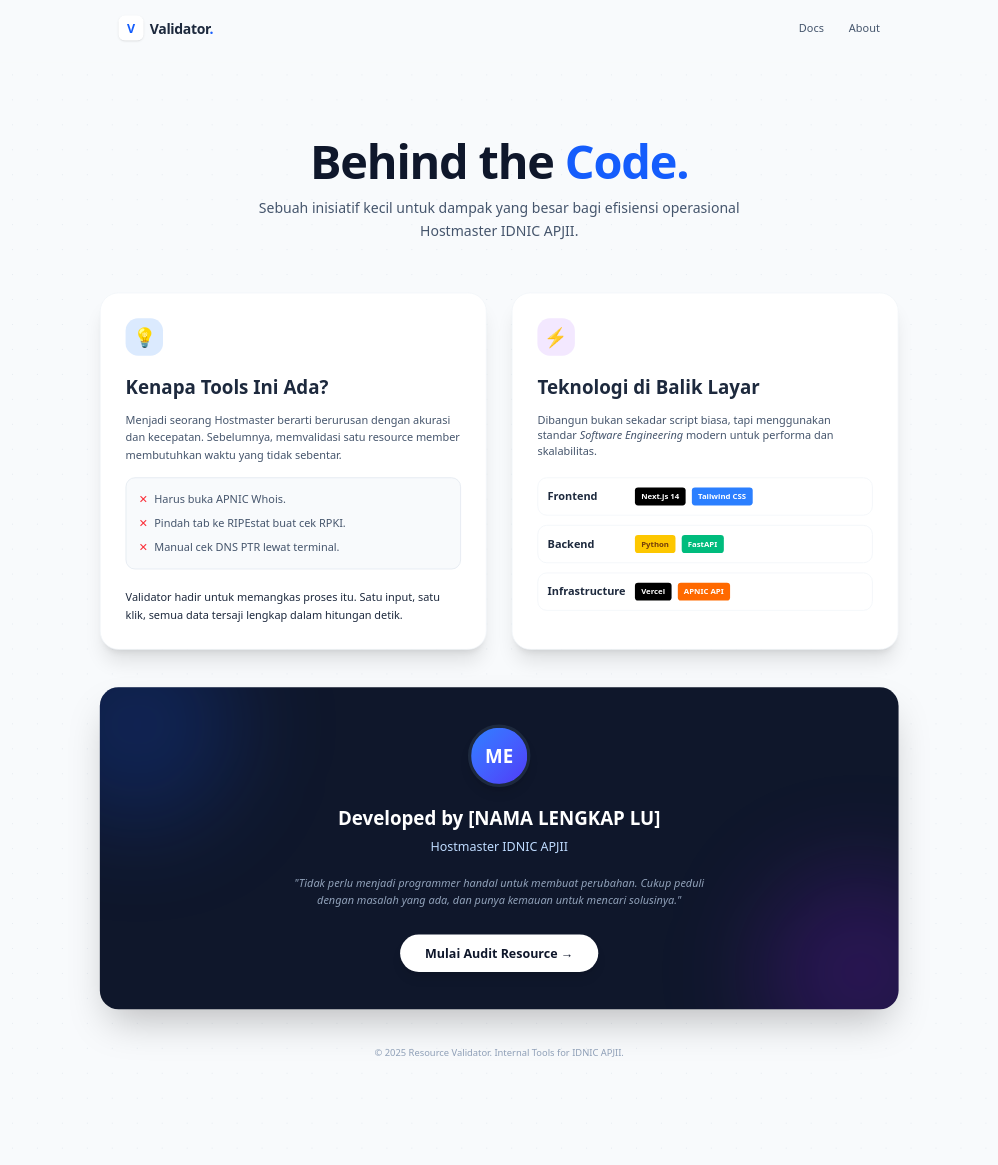
Repository: KilluaProject/resource_validator
Page: /about
The author's editor kept a copy of each file at every save. The page is drawn from the files as they stood at one save, then again after the next save.
The browser window is 1280 px wide. The pictures show the whole page, at 78% of full size.
The project was rebuilt for these pictures with package versions that can differ from the ones it lists, and the page was loaded fresh each time. The framework's server and built-in components were replaced by stand-ins that run in the browser. Also part of the build but not shown: next.config.ts.

Above is the page before, as saved 2026-01-08 17:09:11.

### app/layout.tsx
import type { Metadata } from "next";
import { Geist, Geist_Mono } from "next/font/google";
import "./globals.css";
import Navbar from "@/components/Navber";

const geistSans = Geist({
  variable: "--font-geist-sans",
  subsets: ["latin"],
});

const geistMono = Geist_Mono({
  variable: "--font-geist-mono",
  subsets: ["latin"],
});

export const metadata: Metadata = {
  title: "Resource Validator",
  description: "Whois, RPKI, & Reverse DNS dalam satu klik",
};

export default function RootLayout({
  children,
}: Readonly<{
  children: React.ReactNode;
}>) {
  return (
    <html lang="en">
      <body
        className={`${geistSans.variable} ${geistMono.variable} antialiased`}
      >
        <Navbar/>
        <div className="pt-20">
          {children}
        </div>

      </body>
    </html>
  );
}

### app/about/page.tsx
import Link from "next/link";

export default function AboutPage() {
  return (
    <main className="min-h-screen bg-slate-50 py-24 px-6 relative overflow-hidden">

      {/* Background Grid Pattern */}
      <div className="absolute inset-0 z-0 opacity-[0.4] pointer-events-none"
           style={{ backgroundImage: 'radial-gradient(#cbd5e1 1px, transparent 1px)', backgroundSize: '32px 32px' }}>
      </div>

      <div className="max-w-5xl mx-auto relative z-10">

        {/* === HEADER SECTION === */}
        <div className="text-center mb-16 space-y-4 animate-in slide-in-from-bottom-5 fade-in duration-700">
          <h1 className="text-4xl md:text-6xl font-extrabold text-slate-900 tracking-tight">
            Behind the <span className="text-blue-600">Code.</span>
          </h1>
          <p className="text-lg text-slate-600 max-w-2xl mx-auto leading-relaxed">
            Sebuah inisiatif kecil untuk dampak yang besar bagi efisiensi operasional Hostmaster IDNIC APJII.
          </p>
        </div>

        {/* === CONTENT GRID === */}
        <div className="grid grid-cols-1 md:grid-cols-2 gap-8 mb-12">

          {/* CARD 1: THE STORY (Why this tool exists?) */}
          <section className="bg-white p-8 rounded-3xl shadow-xl border border-slate-100 hover:border-blue-200 transition-all duration-300 group">
            <div className="w-12 h-12 bg-blue-100 text-blue-600 rounded-2xl flex items-center justify-center text-2xl mb-6 group-hover:scale-110 transition-transform">
              💡
            </div>
            <h2 className="text-2xl font-bold text-slate-800 mb-4">Kenapa Tools Ini Ada?</h2>
            <div className="space-y-4 text-slate-600 leading-relaxed text-sm">
              <p>
                Menjadi seorang Hostmaster berarti berurusan dengan akurasi dan kecepatan. Sebelumnya, memvalidasi satu resource member membutuhkan waktu yang tidak sebentar.
              </p>
              <ul className="space-y-2 bg-slate-50 p-4 rounded-xl border border-slate-200">
                <li className="flex items-center gap-2">
                  <span className="text-red-500">✕</span> Harus buka APNIC Whois.
                </li>
                <li className="flex items-center gap-2">
                  <span className="text-red-500">✕</span> Pindah tab ke RIPEstat buat cek RPKI.
                </li>
                <li className="flex items-center gap-2">
                  <span className="text-red-500">✕</span> Manual cek DNS PTR lewat terminal.
                </li>
              </ul>
              <p className="font-medium text-slate-800 pt-2">
                Validator hadir untuk memangkas proses itu. Satu input, satu klik, semua data tersaji lengkap dalam hitungan detik.
              </p>
            </div>
          </section>

          {/* CARD 2: THE TECH STACK (Modern Engineering) */}
          <section className="bg-white p-8 rounded-3xl shadow-xl border border-slate-100 hover:border-purple-200 transition-all duration-300 group">
            <div className="w-12 h-12 bg-purple-100 text-purple-600 rounded-2xl flex items-center justify-center text-2xl mb-6 group-hover:scale-110 transition-transform">
              ⚡
            </div>
            <h2 className="text-2xl font-bold text-slate-800 mb-4">Teknologi di Balik Layar</h2>
            <p className="text-slate-600 text-sm mb-6">
              Dibangun bukan sekadar script biasa, tapi menggunakan standar <i>Software Engineering</i> modern untuk performa dan skalabilitas.
            </p>

            <div className="grid grid-cols-1 gap-3">
              {/* Stack Item */}
              <div className="flex items-center gap-4 p-3 rounded-xl border border-slate-100 hover:bg-slate-50 transition-colors">
                 <div className="font-bold text-slate-800 text-sm w-24">Frontend</div>
                 <div className="flex gap-2">
                    <span className="px-2 py-1 bg-black text-white text-[10px] font-bold rounded">Next.js 14</span>
                    <span className="px-2 py-1 bg-blue-500 text-white text-[10px] font-bold rounded">Tailwind CSS</span>
                 </div>
              </div>
              <div className="flex items-center gap-4 p-3 rounded-xl border border-slate-100 hover:bg-slate-50 transition-colors">
                 <div className="font-bold text-slate-800 text-sm w-24">Backend</div>
                 <div className="flex gap-2">
                    <span className="px-2 py-1 bg-yellow-400 text-yellow-900 text-[10px] font-bold rounded">Python</span>
                    <span className="px-2 py-1 bg-emerald-500 text-white text-[10px] font-bold rounded">FastAPI</span>
                 </div>
              </div>
              <div className="flex items-center gap-4 p-3 rounded-xl border border-slate-100 hover:bg-slate-50 transition-colors">
                 <div className="font-bold text-slate-800 text-sm w-24">Infrastructure</div>
                 <div className="flex gap-2">
                    <span className="px-2 py-1 bg-black text-white text-[10px] font-bold rounded">Vercel</span>
                    <span className="px-2 py-1 bg-orange-500 text-white text-[10px] font-bold rounded">APNIC API</span>
                 </div>
              </div>
            </div>
          </section>

        </div>

        {/* === CREATOR SECTION (Developer Signature) === */}
        <section className="relative overflow-hidden bg-slate-900 rounded-3xl p-8 md:p-12 text-center shadow-2xl animate-in zoom-in-95 duration-700 delay-200">

           {/* Decorative Blobs */}
           <div className="absolute top-0 left-0 w-64 h-64 bg-blue-600/20 rounded-full blur-3xl -ml-20 -mt-20"></div>
           <div className="absolute bottom-0 right-0 w-64 h-64 bg-purple-600/20 rounded-full blur-3xl -mr-20 -mb-20"></div>

           <div className="relative z-10 flex flex-col items-center">
              <div className="w-20 h-20 bg-gradient-to-br from-blue-500 to-indigo-600 rounded-full flex items-center justify-center text-2xl font-bold text-white shadow-lg mb-6 border-4 border-slate-800">
                 ME {/* Ganti Inisial Lu disini, misal "ME" */}
              </div>

              <h3 className="text-2xl font-bold text-white mb-2">
                Developed by [NAMA LENGKAP LU]
              </h3>
              <p className="text-blue-200 font-medium mb-6">
                Hostmaster IDNIC APJII
              </p>

              <blockquote className="max-w-xl mx-auto text-slate-400 text-sm italic leading-relaxed mb-8">
                &quot;Tidak perlu menjadi programmer handal untuk membuat perubahan. Cukup peduli dengan masalah yang ada, dan punya kemauan untuk mencari solusinya.&quot;
              </blockquote>

              <Link href="/" className="px-8 py-3 bg-white text-slate-900 font-bold rounded-full hover:bg-blue-50 transition-colors shadow-lg hover:shadow-xl hover:-translate-y-0.5">
                Mulai Audit Resource &rarr;
              </Link>
           </div>
        </section>

        <div className="mt-12 text-center pb-10">
           <p className="text-xs text-slate-400">
             &copy; 2025 Resource Validator. Internal Tools for IDNIC APJII.
           </p>
        </div>

      </div>
    </main>
  );
}

### app/globals.css
@import "tailwindcss";

:root {
  --foreground-rgb: 15, 23, 42; /* Slate-900 */
  --background-start-rgb: 248, 250, 252; /* Slate-50 */
  --background-end-rgb: 248, 250, 252; /* Slate-50 */
}

body {
  color: rgb(var(--foreground-rgb));
  background: rgb(var(--background-start-rgb));
}

### components/Navber.tsx
"use client";

import { useState, useEffect } from "react";
import Link from "next/link";

export default function Navbar() {
  const [scrolled, setScrolled] = useState(false);
  const [isOpen, setIsOpen] = useState(false); // State buat Mobile Menu

  // Deteksi Scroll
  useEffect(() => {
    const handleScroll = () => {
      setScrolled(window.scrollY > 10);
    };
    window.addEventListener("scroll", handleScroll);
    return () => window.removeEventListener("scroll", handleScroll);
  }, []);

  return (
    <nav
      className={`fixed top-0 w-full z-50 transition-all duration-300 ease-in-out ${
        scrolled || isOpen // Kalau discroll ATAU menu dibuka, background jadi putih
          ? "bg-white/80 backdrop-blur-md border-b border-slate-200 shadow-sm py-3"
          : "bg-transparent border-b border-transparent py-5"
      }`}
    >
      <div className="max-w-5xl mx-auto px-6 flex items-center justify-between">

        {/* LOGO */}
        <Link href="/" className="flex items-center gap-2 group z-50">
          <div className={`w-8 h-8 rounded-lg flex items-center justify-center font-bold shadow-md transition-all ${
             scrolled || isOpen
              ? "bg-gradient-to-br from-blue-600 to-indigo-600 text-white"
              : "bg-white text-blue-600 shadow-sm"
          }`}>
            V
          </div>
          <span className={`font-bold tracking-tight text-lg transition-colors ${
            scrolled || isOpen ? "text-slate-800" : "text-slate-800"
          }`}>
            Validator<span className="text-blue-600">.</span>
          </span>
        </Link>

        {/* === DESKTOP MENU (Hidden di Mobile) === */}
        <div className="hidden md:flex gap-8">
          <Link href="/docs" className="text-sm font-medium text-slate-600 hover:text-blue-600 transition-colors">
            Docs
          </Link>
          <Link href="/about" className="text-sm font-medium text-slate-600 hover:text-blue-600 transition-colors">
            About
          </Link>
        </div>

        {/* === MOBILE HAMBURGER BUTTON (Visible di Mobile) === */}
        <button
          className="md:hidden p-2 text-slate-600 hover:bg-slate-100 rounded-lg transition-colors focus:outline-none"
          onClick={() => setIsOpen(!isOpen)}
        >
          {isOpen ? (
            // Icon X (Close)
            <svg xmlns="http://www.w3.org/2000/svg" className="h-6 w-6" fill="none" viewBox="0 0 24 24" stroke="currentColor">
              <path strokeLinecap="round" strokeLinejoin="round" strokeWidth={2} d="M6 18L18 6M6 6l12 12" />
            </svg>
          ) : (
            // Icon Hamburger (Menu)
            <svg xmlns="http://www.w3.org/2000/svg" className="h-6 w-6" fill="none" viewBox="0 0 24 24" stroke="currentColor">
              <path strokeLinecap="round" strokeLinejoin="round" strokeWidth={2} d="M4 6h16M4 12h16M4 18h16" />
            </svg>
          )}
        </button>

      </div>

      {/* === MOBILE MENU DROPDOWN === */}
      {/* Muncul cuma kalau isOpen = true */}
      {isOpen && (
        <div className="md:hidden absolute top-full left-0 w-full bg-white border-b border-slate-200 shadow-lg px-6 py-6 flex flex-col gap-4 animate-in slide-in-from-top-5 duration-200">

          <Link
            href="/docs"
            className="text-base font-semibold text-slate-700 hover:text-blue-600 py-2 border-b border-slate-50"
            onClick={() => setIsOpen(false)}
          >
            📚 Dokumentasi
          </Link>
          <Link
            href="/about"
            className="text-base font-semibold text-slate-700 hover:text-blue-600 py-2"
            onClick={() => setIsOpen(false)}
          >
            👤 About Project
          </Link>
        </div>
      )}

    </nav>
  );
}

After the next save:
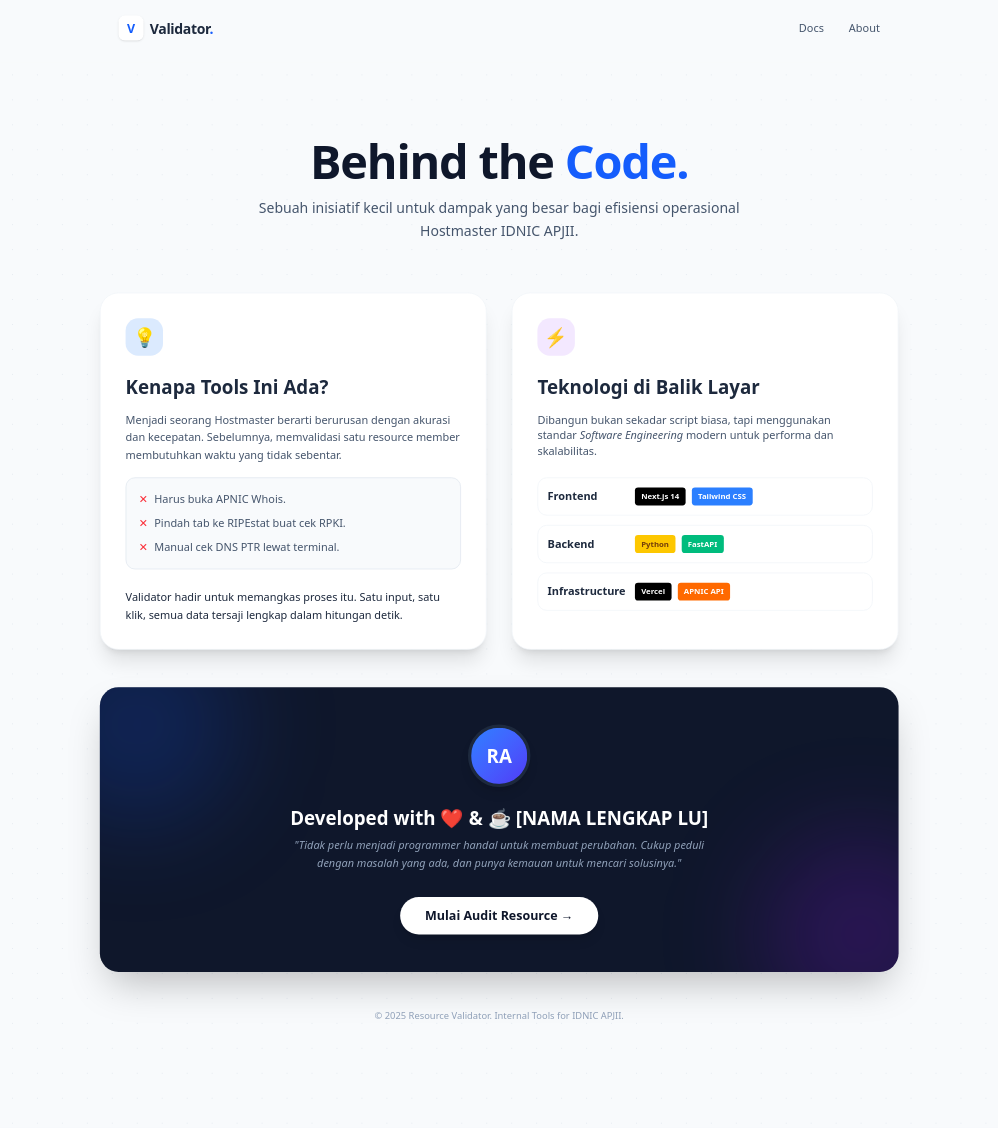
Saved 69 s later.
--- a/app/about/page.tsx
+++ b/app/about/page.tsx
@@ -98,15 +98,12 @@
 
            <div className="relative z-10 flex flex-col items-center">
               <div className="w-20 h-20 bg-gradient-to-br from-blue-500 to-indigo-600 rounded-full flex items-center justify-center text-2xl font-bold text-white shadow-lg mb-6 border-4 border-slate-800">
-                 ME {/* Ganti Inisial Lu disini, misal "ME" */}
+                RA
               </div>
 
               <h3 className="text-2xl font-bold text-white mb-2">
-                Developed by [NAMA LENGKAP LU]
+                Developed with ❤️ & ☕️ [NAMA LENGKAP LU]
               </h3>
-              <p className="text-blue-200 font-medium mb-6">
-                Hostmaster IDNIC APJII
-              </p>
 
               <blockquote className="max-w-xl mx-auto text-slate-400 text-sm italic leading-relaxed mb-8">
                 &quot;Tidak perlu menjadi programmer handal untuk membuat perubahan. Cukup peduli dengan masalah yang ada, dan punya kemauan untuk mencari solusinya.&quot;
